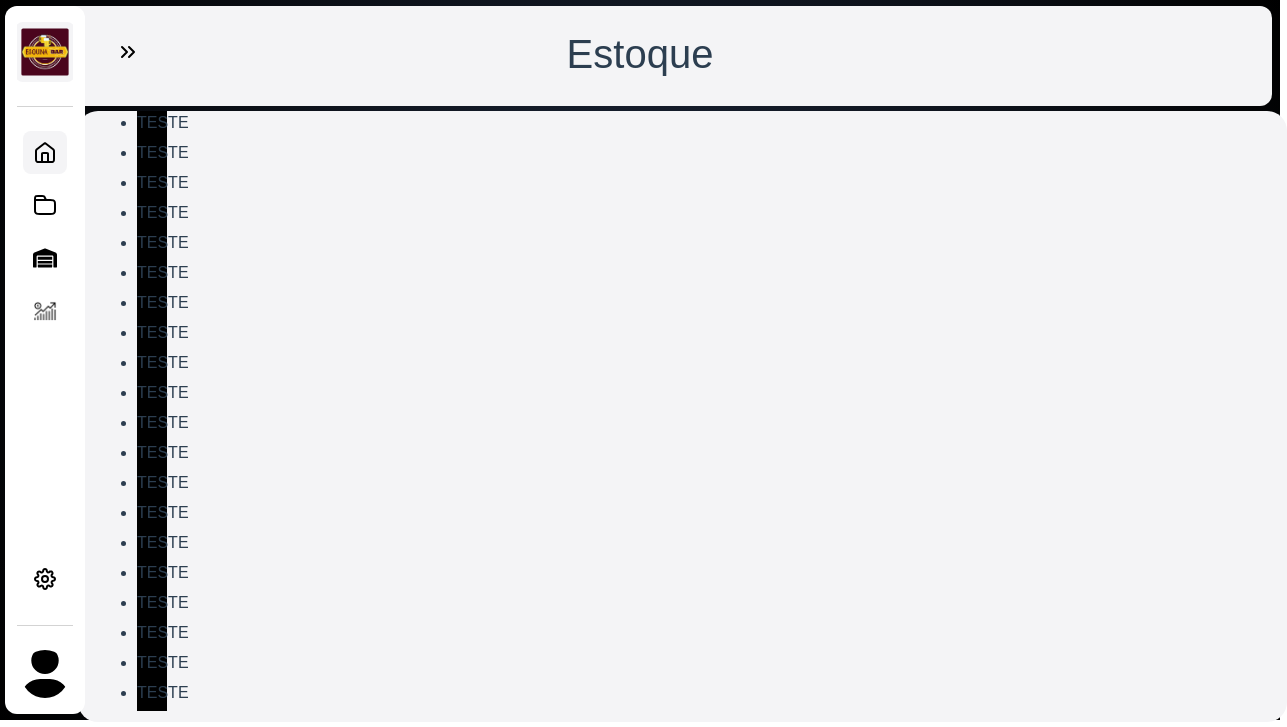
Repository: jazaoo13/Projeto_Oficina_Integracao
Page: / (app in Aplicacao_vue/)
These files come from the project's save history. The page is drawn as it stood at one moment and after the next save; the edit follows.
The browser window is 1280 px wide. The page is 1287 px wide, so the pictures cover 1287 px, including what lies to the right of the window. The pictures show the whole page.
The page's requests for data from a server got no answer. The project was rebuilt for these pictures with package versions that can differ from the ones it lists, and the page was loaded fresh each time. No one was signed in, and anything a server would have sent is missing. Also part of the build but not shown: Aplicacao_vue/vue.config.js, Aplicacao_vue/src/View/jazao.vue.

Above is the page before, as saved 2023-11-19 15:05:53.

### Aplicacao_vue/public/index.html
<!DOCTYPE html>
<html lang="">
  <head>
    <meta charset="utf-8">
    <meta name="viewport" content="width=device-width, initial-scale=1">
    <meta http-equiv="X-UA-Compatible" content="IE=edge">
    <meta name="viewport" content="width=device-width,initial-scale=1.0">
    <link rel="icon" href="<%= BASE_URL %>favicon.ico">
    <link href="https://cdn.jsdelivr.net/npm/bootstrap@5.3.2/dist/css/bootstrap.min.css" rel="stylesheet" integrity="sha384-T3c6CoIi6uLrA9TneNEoa7RxnatzjcDSCmG1MXxSR1GAsXEV/Dwwykc2MPK8M2HN" crossorigin="anonymous">
    <title>Controle de Bebidas</title>
  </head>
  <body>
    <script src="https://cdn.jsdelivr.net/npm/bootstrap@5.3.2/dist/js/bootstrap.bundle.min.js" integrity="sha384-C6RzsynM9kWDrMNeT87bh95OGNyZPhcTNXj1NW7RuBCsyN/o0jlpcV8Qyq46cDfL" crossorigin="anonymous"></script>
    <div id="app"></div>
    <!-- built files will be auto injected -->
  </body>
</html>

### Aplicacao_vue/src/main.js
import Vue from 'vue'
import App from './App.vue'
import {BootstrapVue, IconsPlugin} from 'bootstrap-vue';
import 'font-awesome/css/font-awesome.css';
import 'bootstrap-vue/dist/bootstrap-vue.css'
import 'bootstrap/dist/css/bootstrap.css'
import router from './router'
import Vuex from 'vuex'
import store from './store'

Vue.config.productionTip = false
Vue.use(BootstrapVue);
Vue.use(IconsPlugin);
Vue.use(Vuex);

new Vue({
  router,
  store,
  render: h => h(App)
}).$mount('#app')

### Aplicacao_vue/src/router/index.js
import Vue from 'vue'
import VueRouter from 'vue-router'
import Home from '../View/Home.vue'
import jazao_component from '../View/jazao.vue'
Vue.use(VueRouter)

const routes = [
  {
    path: '/',
    name: 'home',
    component: Home
  },
  {
    path: '/jazao',
    name: 'Jazao',
    component: jazao_component
    //component: () => import(/* webpackChunkName: "about" */ '../View/HomeTeste.vue')
  },

]

const router = new VueRouter({
  mode: 'history',
  base: process.env.BASE_URL,
  routes
})

export default router

### Aplicacao_vue/src/store.js
import Vue from 'vue'
import Vuex from 'vuex'

Vue.use(Vuex)

const store = new Vuex.Store({
    data(){
        return{
            isActive: false
        }
    },
    state: {
        count: 0,
        isActive: false
    },
    mutations: {
        increment(state) {
            state.count++
        },
        setIsActive(state){
            state.isActive = !state.isActive
        }
    },

})
export default store

### Aplicacao_vue/src/View/Home.vue
<template>
    <div class="bodyClass">
        <div class="container-fluid">
            <div class="row">
                <Sidebar></Sidebar>
            </div>
            <div class="content-container">
                <HeaderPage></HeaderPage>
                <EstoqueView></EstoqueView>
            </div>
        </div>

    </div>
</template>

<script>
import axios from 'axios';
import Sidebar from './Sidebar.vue';
import HeaderPage from './Header.vue'
import EstoqueView from '../components/EstoqueView.vue'
export default {
    name: 'HomePage',
    components: {
        Sidebar,
        HeaderPage,
        EstoqueView
    },
    data() {
        return {
            lstApi: '',
        };
    },
    methods: {
        chamar_api() {
            let url = 'https://catfact.ninja/fact';
            axios
                .get(url, {

                })
                .then((resposta) => {
                    this.lstApi = resposta
                })
                .catch((erro) => console.log(erro));
        },
    },
    mounted() {
        this.chamar_api()
    },
};
</script>

<style lang="scss" scoped>
.bodyClass {
    height: 100vh;
    background: radial-gradient(circle at 50% 50%, #192233 20%, #000);
    padding: 0.375rem;
    font-family: Poppins, sans-serif;
    display: flex;
}
.container-fluid {
  flex: 1;
  display: flex;
  flex-direction: column;
  padding-right: 2px;
  padding-left: 2px;
}
.row {
  display: flex;
  flex: 1;
}
.content-container {
  display: flex;
  flex-direction: column;
  flex: 1500;
}
</style>

### Aplicacao_vue/src/View/Sidebar.vue
<template>
    <div>
        <nav :class="{ 'isActive': this.$store.state.isActive }">
            <div class="sidebar-header" :class="{ 'isActive': this.$store.state.isActive }">
                <a class="logo-wrapper">
                    <img src="@/assets/logo_esquina.png" alt="Logo" :class="{ 'isActive': this.$store.state.isActive }">
                    <h2 :class="{ 'isActive': this.$store.state.isActive }">Bar da Esquina</h2>
                </a>
                <button class="toggle-btn" @click="toggle()">
                    <img src="../assets/expand.svg" alt="expand button">
                </button>
            </div>

            <div class="sidebar-links" :class="{ 'isActive': this.$store.state.isActive }">
                <a class="link active">
                    <img src="../assets/home.svg" alt="">
                    <span :class="{ 'isActive': this.$store.state.isActive }">Home</span>
                </a>
                <a class="link">
                    <img src="../assets/projects.svg" alt="">
                    <span :class="{ 'isActive': this.$store.state.isActive }">Cadastro</span>
                </a>
                <a class="link">
                    <img src="../assets/estoque.svg" alt="">
                    <span :class="{ 'isActive': this.$store.state.isActive }">Estoque</span>
                </a>
                <a class="link">
                    <img src="../assets/vendas.png" alt="">
                    <span :class="{ 'isActive': this.$store.state.isActive }">Vendas</span>
                </a>
            </div>


            <div class="sidebar-bottom" :class="{ 'isActive': this.$store.state.isActive }">
                <div class="sidebar-links" :class="{ 'isActive': this.$store.state.isActive }">
                    <a class="link">
                        <img src="../assets/settings.svg" alt="">
                        <span :class="{ 'isActive': this.$store.state.isActive }">Configurações</span>
                    </a>
                </div>

                <div class="user-profile" :class="{ 'isActive': this.$store.state.isActive }">
                    <div class="user-avatar">
                        <img src="../assets/user.svg" alt="">
                    </div>
                    <div class="user-details" :class="{ 'isActive': this.$store.state.isActive }">
                        <p class="username">Usuario</p>
                        <p class="user-email">email@gmail.com</p>
                    </div>
                </div>
            </div>
        </nav>
    </div>
</template>

<script>
import { mapState } from 'vuex'
export default {
    name: "SiderBar",
    components: {
    },
    data() {
        return {
            //isActive:false,
            // imagens:{
            //     imagem1: url=''
            // }
            //array de objetos para os botoes laterais
        }
    },
    methods: {
        Abre_Cadastro() {

        },
        computed: {
            ...mapState(['isActive'])

        },
        toggle() {
            this.$store.commit('setIsActive');

            const toggleBtn = document.querySelector(".toggle-btn");
            toggleBtn.style.transform = this.$store.state.isActive ? "rotate(180deg)" : "rotate(0deg)";
        },
    },
    mounted() {

    },
}
</script>


<style lang="scss">
*,
*::before,
*::after {
    margin: 0;
    padding: 0;
    box-sizing: border-box;
}

button,
a {
    all: unset;
    font: inherit;
    cursor: pointer;
    text-decoration: none !important;
}

a:hover {
    color: inherit !important;
}

nav {
    position: fixed;
    width: 5rem;
    height: calc(100vh - 0.75rem);
    background-color: #ffffff;
    padding: 1rem 0.75rem;
    border-radius: 0.75rem;
    display: flex;
    flex-direction: column;
    transition: width 500ms ease;

    &.isActive {
        width: 15rem;
    }
}

h2 {
    display: none;

    &.isActive {
        display: inline;
        font-size: 1.5rem;
    }
}

.sidebar-header,
.sidebar-links {
    display: flex;
    justify-content: center;
    align-items: center;
    overflow: hidden;
    flex-direction: column;
    &.isActive {
        justify-content: start;
        align-items: stretch;
    }
}
.sidebar-links {
    flex-direction: column;
    margin-bottom: auto;
    gap: 0.6rem;
    padding-bottom: 1.5rem;
    padding-top: 1.5rem;
}
.sidebar-header {
    margin-bottom: 1.5rem;
    &.isActive {
        justify-content: start;
        align-items: stretch;
    }
}

.logo-wrapper {
    display: flex;
    justify-content: start;
    align-items: center;
    gap: 1.25rem;
    text-decoration: none !important;
}

a.logo-wrapper:hover {
    color: inherit !important;
}

.logo-wrapper>img {
    width: 60px;
    height: 60px;
    background-color: #f4f4f6;
    padding: 0.4rem;
    border-radius: 0.5rem;

    &.isActive {
        width: 100px;
        height: 100px;
    }
}

nav>.sidebar-links {
    border-top: 1px solid rgb(211, 211, 211);
}

.link {
    display: flex;
    padding: 0.6rem;
    border-radius: 0.5rem;
    gap: 1.5rem;
}

span {
    display: none;

    &.isActive {
        display: inline;
    }
}

.link:hover,
.link.active:hover {
    background-color: #e4e4e8;
}

.link.active {
    background-color: #f4f4f6;
}

.link>img {
    width: 24px;
    height: 24px;
}

.sidebar-bottom .sidebar-links {
    padding-bottom: 1.5rem;
}

.toggle-btn {
    position: absolute;
    top: 26px;
    right: -63px;
    padding: 0.5rem;
    background-color:var(--bs-heading-color);
    border-radius: 50%;
    display: flex;
    justify-content: center;
    align-items: center;
    transition: transform 0.25s ease;
}

.user-profile {
    display: flex;
    justify-content: center;
    align-items: center;
    gap: 1.5rem;
    padding-top: 1.5rem;
    border-top: 1px solid rgb(211, 211, 211);

    &.isActive {
        justify-content: start;
        align-items: stretch;
    }
}

.user-avatar {
    width: 48px;
    height: 48px;
    cursor: pointer;
    transition: scale 0.2s ease;
}

.user-avatar img {
    width: 100%;
    height: 100%;
    border-radius: 50%;
    object-fit: cover;
}

.user-avatar:hover {
    scale: 1.1;
}

.user-details {
    align-self: center;
    overflow: hidden;
    display: none;

    .username {
        font-size: 0.85rem;
        font-weight: 600;
    }

    .user-email {
        font-size: 0.8rem;
    }

    &.isActive {
        display: inline;
    }

}</style>

### Aplicacao_vue/src/View/Header.vue
<template>
    <div>
        <div class="header" :class="{ 'isActive': this.$store.state.isActive }">
        <h1 class="titulo">Estoque</h1>
        </div>
    </div>
</template>

<script>
import { mapState } from 'vuex'
export default {
    name: "HeaderPage",
    data() {
        return {
            //isActive: false,
        }
    },
    computed: {
        ...mapState(['isActive'])

    },
}
</script>

<style lang="scss" scoped>
.header {
    //width: calc(100% - 85px);
    background-color: #f4f4f6;
    border-radius: 0.75rem;
    height: 100px;
    margin-left:auto;
    transition: width 500ms ease ;
    &.isActive{
        //width:calc(100% - 245px);
        transition: width 500ms ease ;
    }
}
.titulo{
    height: 100%;
    padding-top: 1.5rem;
}

// .header{

// }
</style>

### Aplicacao_vue/src/components/EstoqueView.vue
    <template>
    <div class="row">
        <div class="backPage" :class="{ 'isActive': this.$store.state.isActive }">
            <div class="container-fluid">
                <ul class="teste">
                    <li class="items">TESTE</li>
                    <li class="items">TESTE</li>
                    <li class="items">TESTE</li>
                    <li class="items">TESTE</li>
                    <li class="items">TESTE</li>
                    <li class="items">TESTE</li>
                    <li class="items">TESTE</li>
                    <li class="items">TESTE</li>
                    <li class="items">TESTE</li>
                    <li class="items">TESTE</li>
                    <li class="items">TESTE</li>
                    <li class="items">TESTE</li>
                    <li class="items">TESTE</li>
                    <li class="items">TESTE</li>
                    <li class="items">TESTE</li>
                    <li class="items">TESTE</li>
                    <li class="items">TESTE</li>
                    <li class="items">TESTE</li>
                    <li class="items">TESTE</li>
                    <li class="items">TESTE</li>
                </ul>
            </div>
        </div>
    </div>
</template>

<script>

import { mapState } from 'vuex'
    export default {
        name:"EstoqueView",
        methods: {
        computed: {
            ...mapState(['isActive'])
        }
    },
    }
</script>

<style lang="scss" scoped>
.backPage{
    background-color: #f4f4f6;
    width: calc(100% - 85px);
    margin-left: auto;
    border-radius: 20px;
    margin-top: 5px;
    height: calc(100% - 10px);
    transition: width 500ms ease ;
    &.isActive{
        width:calc(100% - 245px);
        transition: width 500ms ease ;
    }
}
.items{

    background-color: black;
    width: 30px;
    height: 30px;
}
</style>

Loaded but not shown: Aplicacao_vue/src/App.vue (common file)

After the next save:
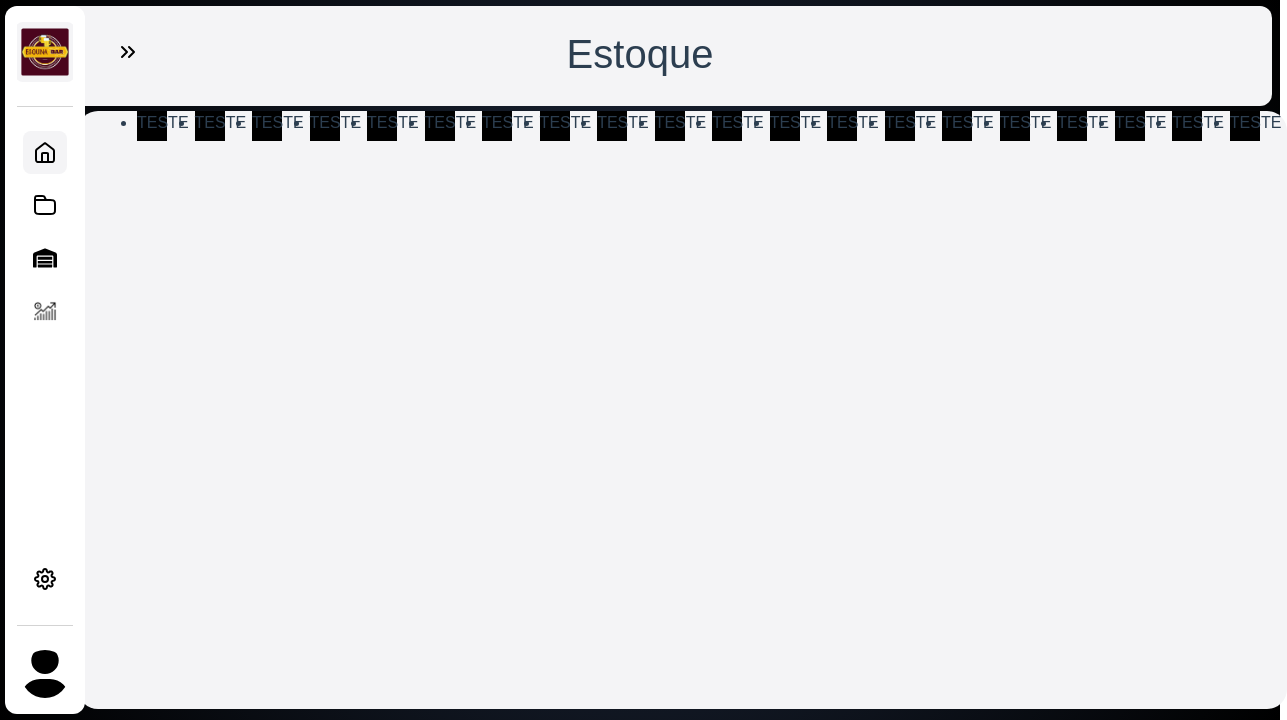
Saved 8 min 3 s later.
--- a/Aplicacao_vue/src/components/EstoqueView.vue
+++ b/Aplicacao_vue/src/components/EstoqueView.vue
@@ -62,4 +62,11 @@ import { mapState } from 'vuex'
     width: 30px;
     height: 30px;
 }
+.teste{
+    display: flex;
+  flex-direction: row;
+  justify-content: space-between;
+  flex-wrap: wrap;
+  flex-grow: 2;
+}
 </style>
